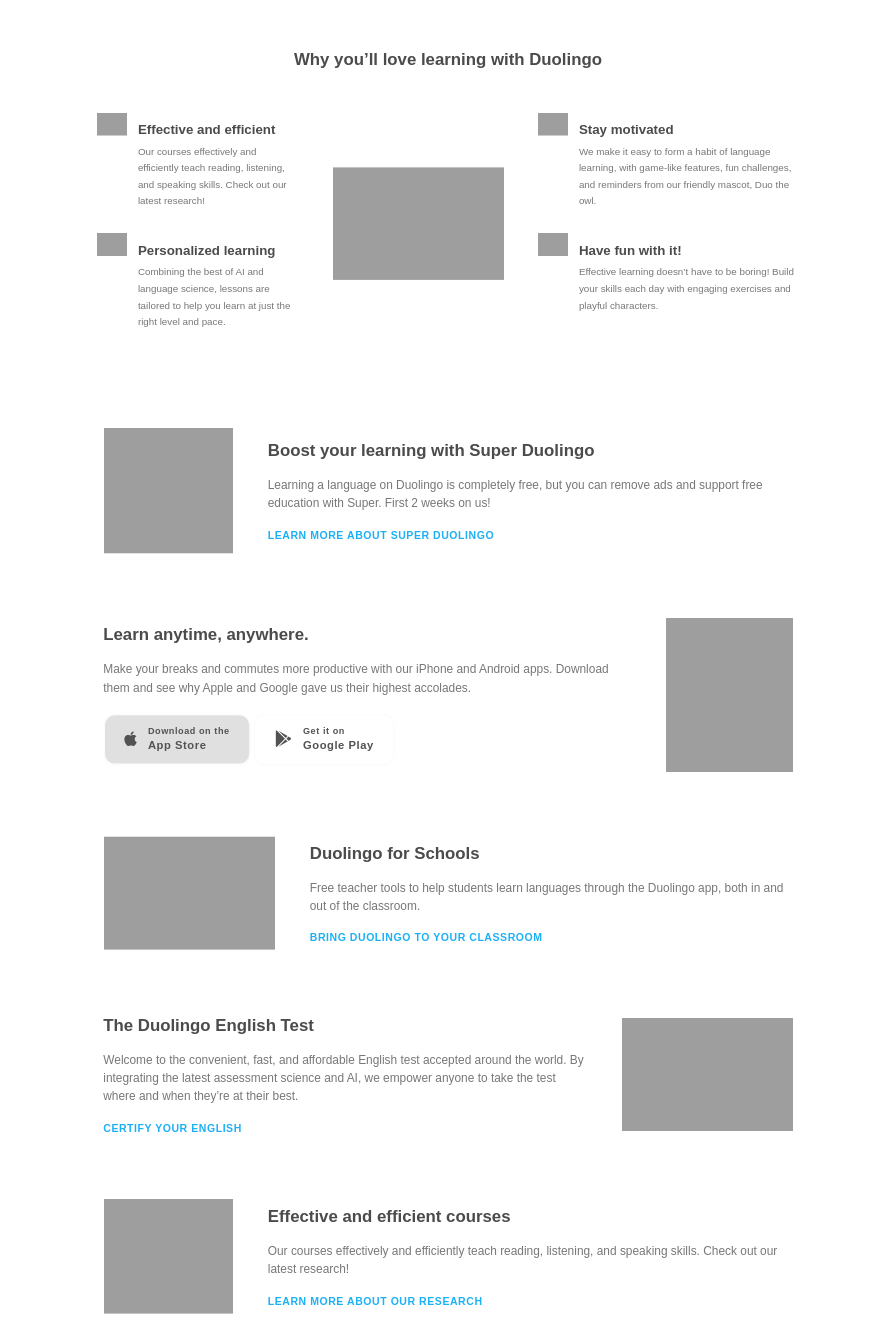
Repository: kauittt/duolingo-little
Page: login.html
An editor plug-in stored every save of this project. The page is shown before and after the next save, followed by the edit.
The browser window is 1280 px wide. The pictures show the part of the page from y = 937 to 2857 px (the page is 2857 px tall), at 70% of full size.
The pointer rests on the first visible `.download .section-content__link-item`.
Pictures or frames that could not be fetched are drawn as grey boxes. A picture or video elsewhere on the page could not be fetched, so the positions and the page height are approximate. Some web libraries are served in a nearby version.

Above is the page before, as saved 2023-03-26 21:00:46.

After the next save:
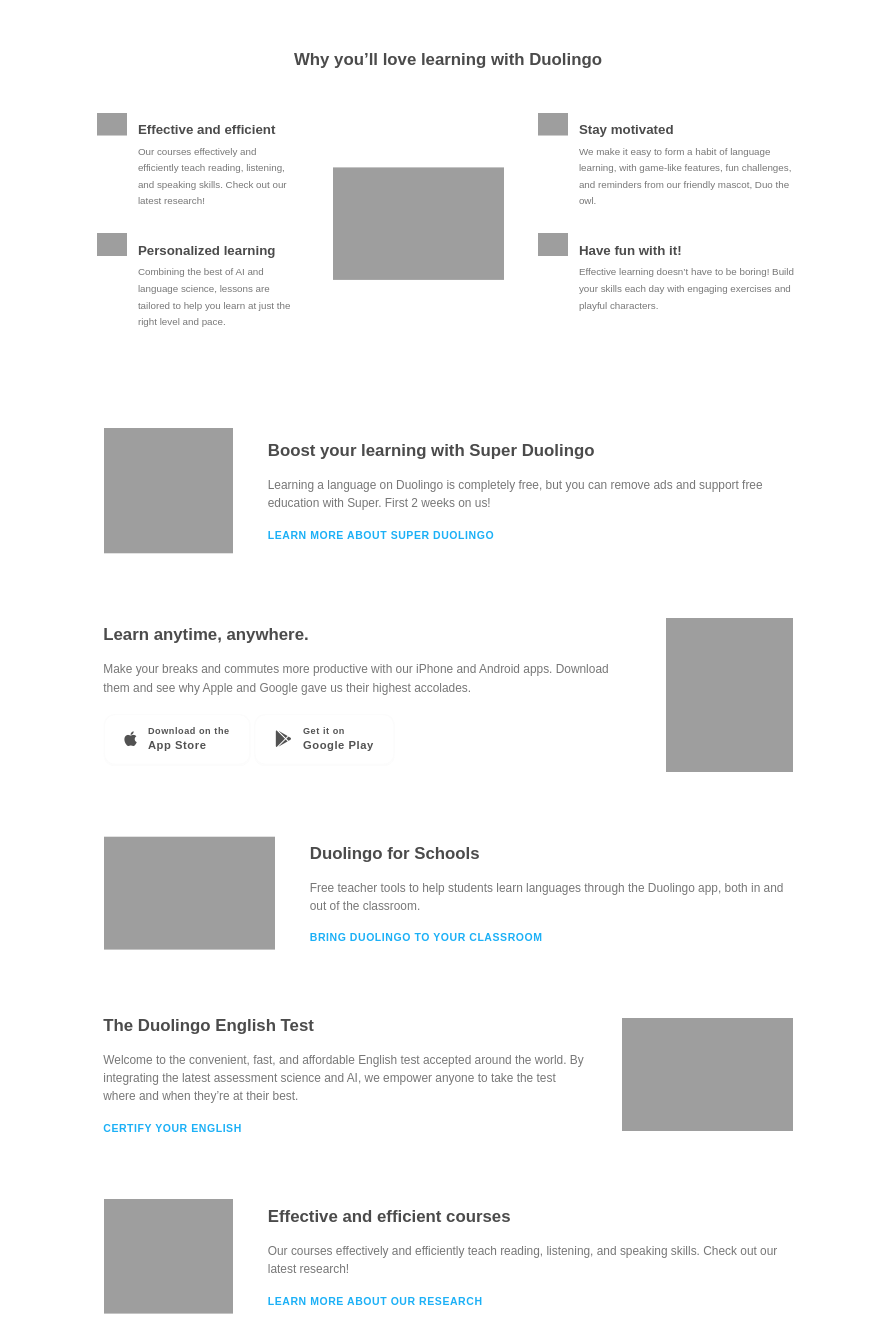
Saved 17 s later.
--- a/assets/css/stytes.css
+++ b/assets/css/stytes.css
@@ -227,11 +227,6 @@
     transition: all 0.2s ease;
 }
 
-.download .section-content__link-item:hover {
-    background: #ccc;
-    filter: none;
-}
-
 .section-content__link-item > i {
     font-size: 24px;
     margin-right: 15px;
